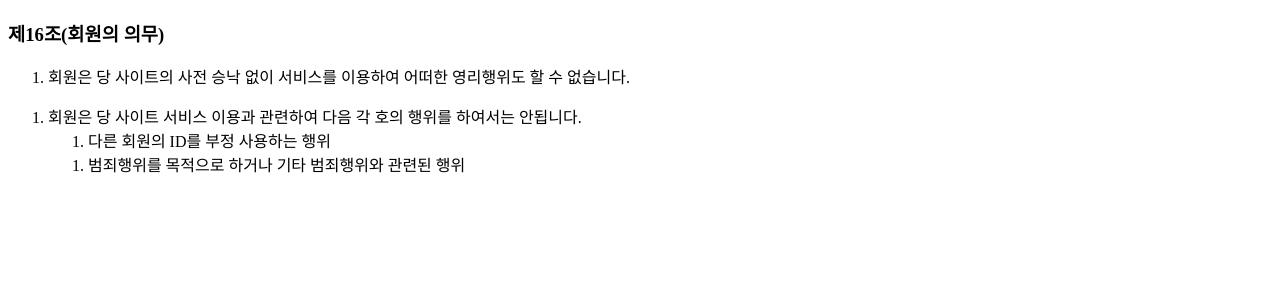
Repository: mingzzang666/study-html
Page: workspace/b_list/src/main/webapp/list-task.html
An editor plug-in stored every save of this project. The page is shown before and after the next save, followed by the edit.
The browser window is 1280 px wide. The pictures show the whole page.

Above is the page before, as saved 2025-07-10 03:37:04.

After the next save:
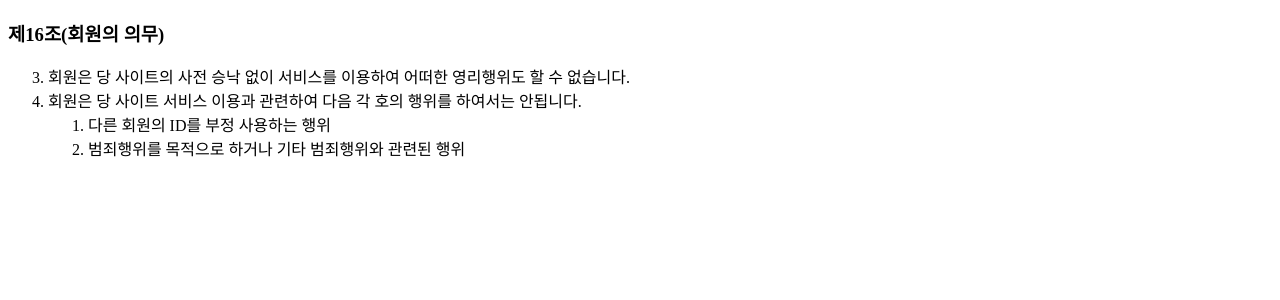
Saved 2 min 23 s later.
--- a/workspace/b_list/src/main/webapp/list-task.html
+++ b/workspace/b_list/src/main/webapp/list-task.html
@@ -14,14 +14,10 @@
 <body>
 		<h3>제16조(회원의 의무)</h3>
 		<ol>
-			<li>회원은 당 사이트의 사전 승낙 없이 서비스를 이용하여 어떠한 영리행위도 할 수 없습니다.</li>
-		</ol>
-		<ol>
-			<li>회원은 당 사이트 서비스 이용과 관련하여 다음 각 호의 행위를 하여서는 안됩니다.</li>
+			<li value="3">회원은 당 사이트의 사전 승낙 없이 서비스를 이용하여 어떠한 영리행위도 할 수 없습니다.</li>
+			<li value="4">회원은 당 사이트 서비스 이용과 관련하여 다음 각 호의 행위를 하여서는 안됩니다.</li>
 				<ol>
 					<li>다른 회원의 ID를 부정 사용하는 행위</li>
-					</ol>
-				<ol>
 					<li>범죄행위를 목적으로 하거나 기타 범죄행위와 관련된 행위</li>
 					</ol>
 		</ol>
